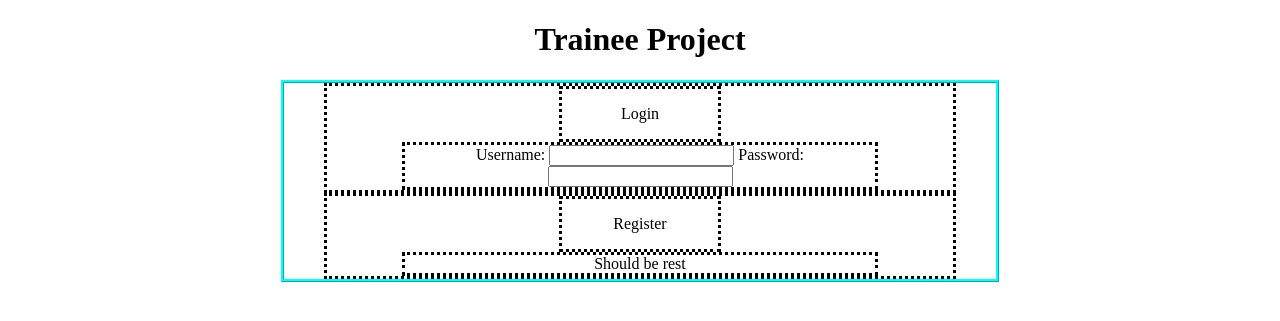
Repository: LsCodeMaster/Training
Page: Trainee/WebContent/trainee.html
An editor plug-in stored every save of this project. The page is shown before and after the next save, followed by the edit.
The browser window is 1280 px wide. The pictures show the whole page.

Above is the page before, as saved 2015-09-15 10:19:22.

### Trainee/WebContent/trainee.html
<!DOCTYPE html>
<html>
<head>
<meta charset="ISO-8859-1">
<title>Trainee Project</title>
<link type = "text/css" href="css/style.css" rel="stylesheet">
</head>
<body>
	<h1>Trainee Project</h1>
	<div class="centeredBox">
		<div>
			<div class="loginType">
				<p>Login</p>
			</div>
			<div class="loginInfo">
				<form name="login">
					Username: <input type="text">
					Password: <input type="password">
				</form>
			</div>
		</div>
		<div>
			<div class="loginType">
				<p>Register</p>
			</div>
			<div class="loginInfo">
				Should be rest
			</div>
		</div>
	</div>
</body>
</html>

### Trainee/WebContent/css/style.css
.centeredBox{
    margin: auto;
	border-style: ridge;
	border-color: aqua;
	width: 50%;
	padding: 40 px;
	padding-left: 40px;
	padding-right: 40px;
}
.centeredBox div{
	border-style: dotted;
	text-align: center;
}
.loginType{
	display: inline-block;
	width: 25%;
}
.loginInfo{
	display: inline-block;
	width:75%;
}
h1{
    text-align: center;
}
.border{
	border-style: dotted;
}
.login input{
	 white-space: pre;
}

After the next save:
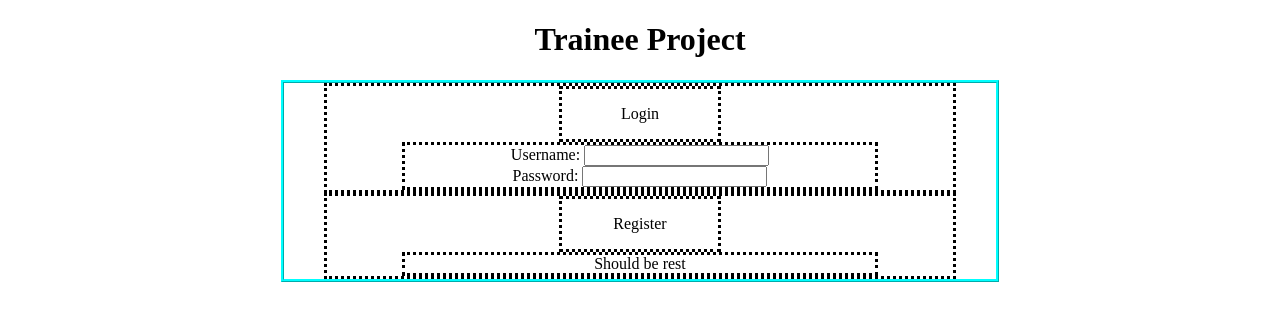
Saved 27 s later.
--- a/Trainee/WebContent/trainee.html
+++ b/Trainee/WebContent/trainee.html
@@ -14,8 +14,8 @@
 			</div>
 			<div class="loginInfo">
 				<form name="login">
-					Username: <input type="text">
-					Password: <input type="password">
+					Username: <input type="text"><br/>
+					Password: <input type="password"><br/>
 				</form>
 			</div>
 		</div>
